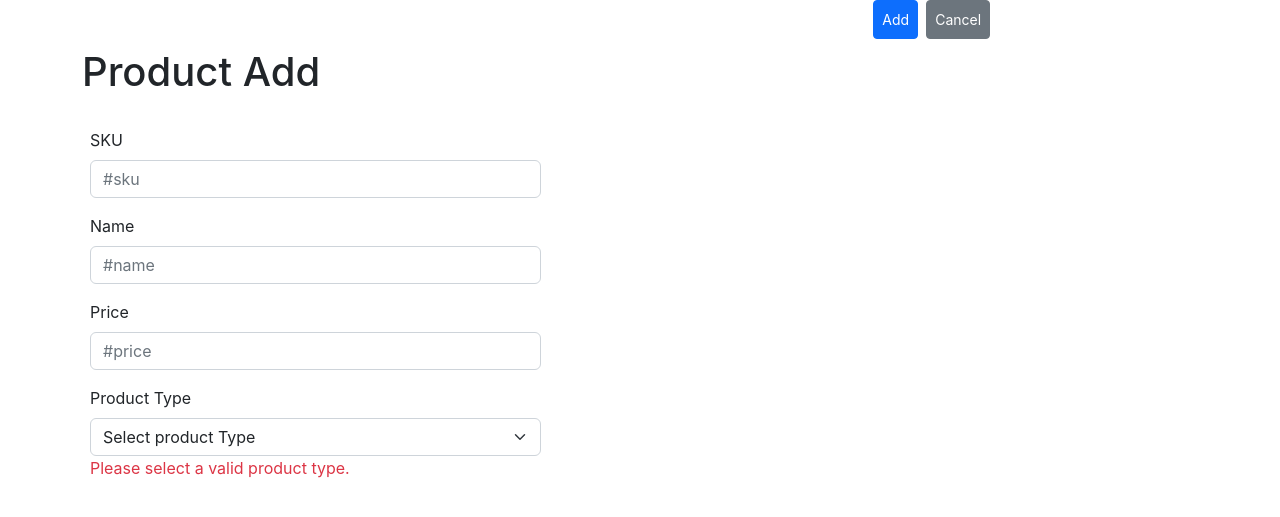
Repository: MagdyAbouelnasr/scandiweb_project
Page: /addproduct
The author's editor kept a copy of each file at every save. The page is drawn from the files as they stood at one save, then again after the next save.
The browser window is 1280 px wide. The pictures show the whole page.
The project was rebuilt for these pictures with package versions that can differ from the ones it lists, and the page was loaded fresh each time. Also part of the build but not shown: src/App.css, src/components/Product/Product-style.scss, src/components/Product/Product.css, src/components/Pages/ProductList.jsx, src/components/ProductAdd/Book.component.jsx, src/components/ProductAdd/DVD.component.jsx, src/components/ProductAdd/Furniture.component.jsx, src/App.jsx.

Above is the page before, as saved 2023-05-09 01:16:58.

After the next save:
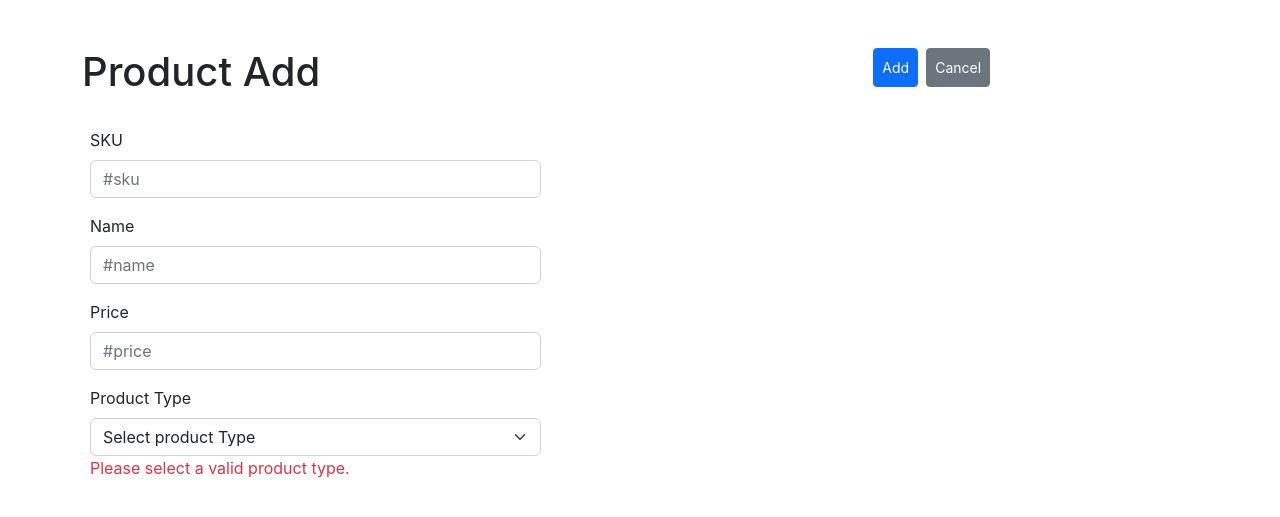
Saved 8 s later.
--- a/src/components/Pages/ProductAdd.jsx
+++ b/src/components/Pages/ProductAdd.jsx
@@ -127,7 +127,7 @@ function ProductAdd() {
       <div className="container  mt-5">
         <div className="row">
           <h1 className="page-header text-header col-md-8 text-start ">Product Add</h1>
-          <div className="col-4 float-end position-absolute top-0 end-0">
+          <div className="col-4 float-end position-absolute end-0">
             <Button type="submit" className="p-2 ms-2" variant="primary" size="sm">
               Add
             </Button>
